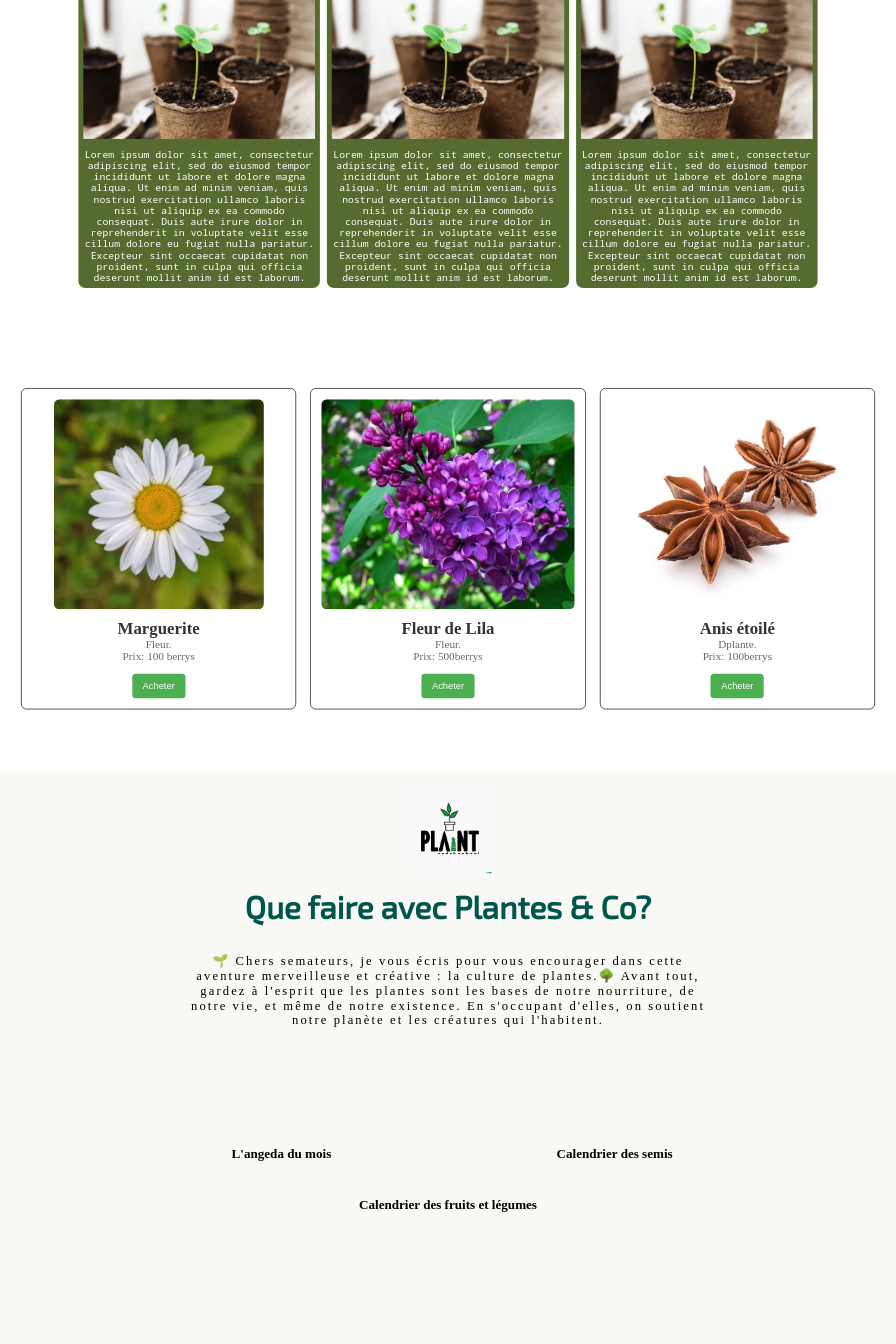
Repository: Flexo874/ISITECH-HTML-CSS
Page: index.html
The author's editor kept a copy of each file at every save. The page is drawn from the files as they stood at one save, then again after the next save.
The browser window is 1280 px wide. The pictures show the part of the page from y = 959 to 2879 px (the page is 2879 px tall before and 2757 px after), at 70% of full size.

Above is the page before, as saved 2024-01-03 11:26:28.

After the next save:
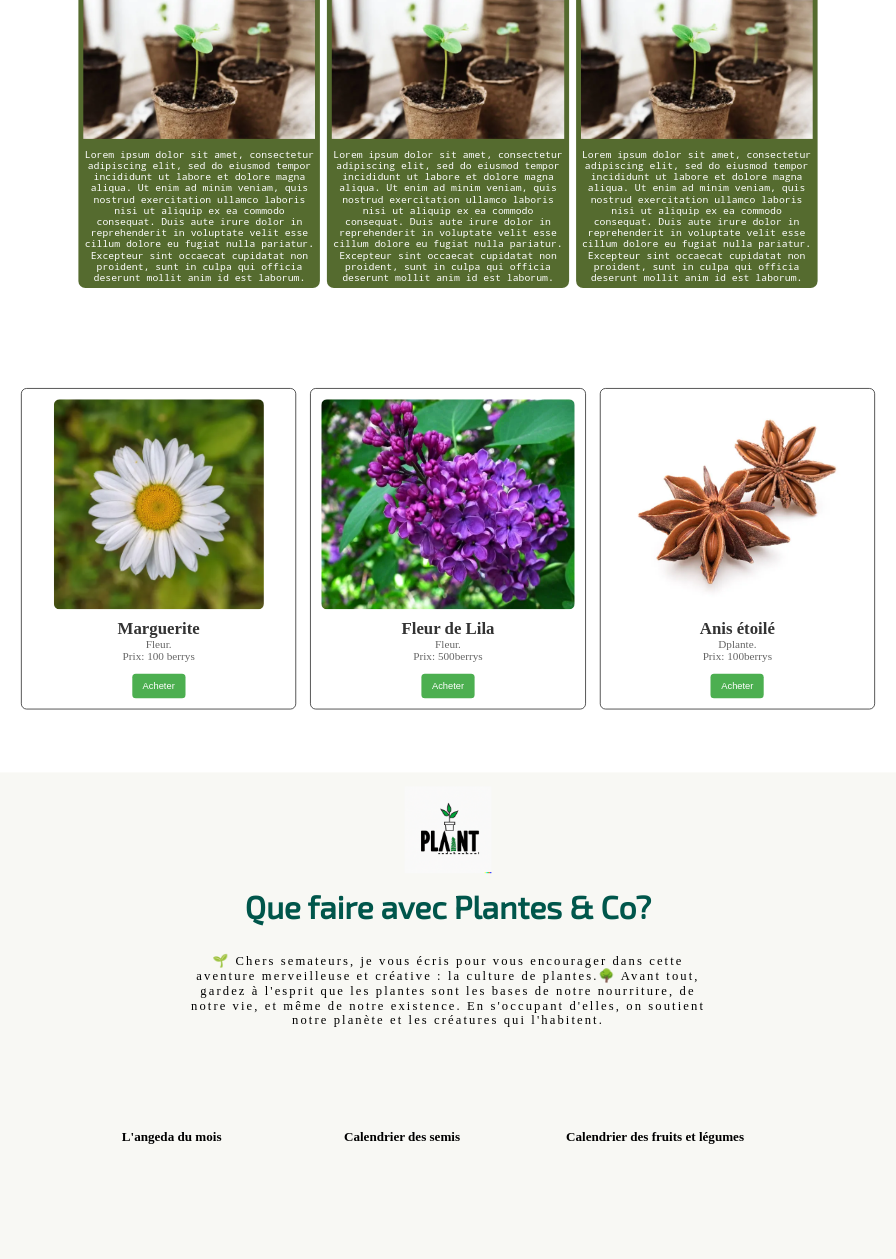
Saved 16 s later.
--- a/instructions.css
+++ b/instructions.css
@@ -56,9 +56,8 @@
 }
 
 .calendar{
-    text-align: center;
+
     width: calc(33.33% - 20px);
     border-color:#00564B;
-    margin: 10px;
-  padding: 15px;
+
 }
